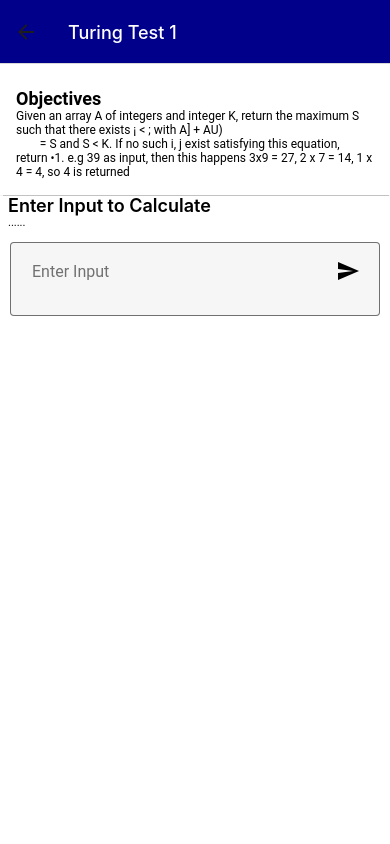
Repository: seyicoded/rn-crazy-algorithm-app
Screen: /TuringTest1
These files come from the project's save history. The screen is drawn as it stood at one moment and after the next save; the edit follows.
The app was drawn by React Native's web renderer in a window 390 px wide. The project was rebuilt for these pictures with package versions that can differ from the ones it lists, and the page was loaded fresh each time. Also part of the build but not shown: src/screens/sort.js, src/screens/filter.js, src/screens/advance.js, src/screens/sorts/Sort_simple_number.js, src/screens/sorts/Sort_alphabet.js, src/screens/filters/Filter_simple_number.js, src/screens/advance/Advance_number.js, src/screens/advance/Multiplier_number.js.

Above is the screen before, as saved 2022-04-01 23:09:47.

### App.js
import 'react-native-gesture-handler';
import { StatusBar } from 'expo-status-bar';
import { StyleSheet, Text, View } from 'react-native';
import Main from './src/main'
export default function App() {
  return (
    <View style={styles.container}>
      <Main />
      <StatusBar style="auto" />
    </View>
  );
}

const styles = StyleSheet.create({
  container: {
    flex: 1,
    backgroundColor: '#fff',
  },
});

### src/main.js
import { View, Text } from 'react-native'
import React from 'react'
import {NavigationContainer} from '@react-navigation/native'
import {createStackNavigator} from '@react-navigation/stack'
import Home from './screens/index'
import Sort from './screens/sort'
import Filter from './screens/filter'
import Advance from './screens/advance'
import Sort_simple_number from './screens/sorts/Sort_simple_number'
import Sort_alphabet from './screens/sorts/Sort_alphabet'
import Filter_simple_number from './screens/filters/Filter_simple_number'
import Advance_number from './screens/advance/Advance_number'
import Multiplier_number from './screens/advance/Multiplier_number'
import TuringTest1 from './screens/advance/TuringTest1'

const StackNav = createStackNavigator()

export default function Main() {
  return (
    <NavigationContainer>
        <StackNav.Navigator>
            <StackNav.Screen name="Home" options={{headerMode: 'none'}} component={Home} />
            <StackNav.Screen name="Filter" options={{headerMode: 'none'}} component={Filter} />
            <StackNav.Screen name="Sort" options={{headerMode: 'none'}} component={Sort} />
            <StackNav.Screen name="Advance" options={{headerMode: 'none'}} component={Advance} />

            {/* sort aspect */}
            <StackNav.Screen name="Sort_simple_number" options={{title: 'Number Sort', headerStyle: {backgroundColor: 'darkblue', color: 'white'}, headerTitleStyle: {color: 'white'}}} component={Sort_simple_number} />
            <StackNav.Screen name="Sort_alphabet" options={{title: 'Alphabet Sort', headerStyle: {backgroundColor: 'darkblue', color: 'white'}, headerTitleStyle: {color: 'white'}}} component={Sort_alphabet} />

            {/* filter aspect */}
            <StackNav.Screen name="Filter_simple_number" options={{title: 'Number Filter', headerStyle: {backgroundColor: 'darkblue', color: 'white'}, headerTitleStyle: {color: 'white'}}} component={Filter_simple_number} />
            <StackNav.Screen name="Advance_number" options={{title: 'Advance Number Section', headerStyle: {backgroundColor: 'darkblue', color: 'white'}, headerTitleStyle: {color: 'white'}}} component={Advance_number} />
            <StackNav.Screen name="Multiplier_number" options={{title: 'Multiplier Number Section', headerStyle: {backgroundColor: 'darkblue', color: 'white'}, headerTitleStyle: {color: 'white'}}} component={Multiplier_number} />
            <StackNav.Screen name="TuringTest1" options={{title: 'Turing Test 1', headerStyle: {backgroundColor: 'darkblue', color: 'white'}, headerTitleStyle: {color: 'white'}}} component={TuringTest1} />
        </StackNav.Navigator>
    </NavigationContainer>
  )
}

### src/screens/index.js
import { View, Text, StyleSheet, FlatList, TouchableOpacity } from 'react-native'
import React, {useState, useEffect, useRef} from 'react'
import Header from '../layout/header'
import { List, Avatar, Card, Title, Paragraph, Button } from 'react-native-paper';

const data = [
    {
        id: 'Sort',
        image: 'https://picsum.photos/700',
        title: 'Sort',
    },
    {
        id: 'Filter',
        image: 'https://picsum.photos/700',
        title: 'Filter',
    },
    {
        id: 'Advance',
        image: 'https://picsum.photos/700',
        title: 'Advance',
    },
]

export default function Index({route, navigation}) {
    const [color, setColor] = useState('darkblue');
    var timer = null;
    var ColorChanger = useRef('darkblue');


    useEffect(()=>{
        timer = setInterval(()=>{
            // console.log('.')
            ColorChanger.current = (ColorChanger.current == 'darkblue') ? 'darkred' : 'darkblue';
            setColor(ColorChanger.current);
        }, 1000);
        return ()=>{
            clearInterval(timer);
        }
    }, [])

    const styles = StyleSheet.create({
        container: {
          flex: 1,
          width: '100%',
          backgroundColor: '#fff',
        },
        header: {
            fontSize: 16,
            textAlign: 'center',
            marginTop: 20,
            marginBottom: 20,
            color: color,
            fontWeight: '700',
        },
        list: {
            width: '100%',
        },
        card: {
            // backgroundColor: 'red',
            margin: 20,
            shadowColor: '#000',
            shadowOffset: { width: 0, height: 2 },
            shadowOpacity: 0.8,
            elevation: 4
        }
    });

    return (
        <View style={styles.container}>
            <Header title="Home" visible={false} navigation={navigation} />
            <Text style={styles.header}>Let's Prep Shall We</Text>

            <FlatList
                data={data}
                style={styles.list}
                renderItem={({ item }) => {
                    return (
                        <TouchableOpacity onPress={() => navigation.navigate(item.id, {title: item.title})}>
                            <Card style={styles.card}>
                                <Card.Cover source={{ uri: item.image }} />
                                {/* <Card.Actions style={{justifyContent: 'center'}}>
                                    <Button onPress={()=>navigation.navigate(item.id)}>{item.title}</Button>

                                </Card.Actions> */}

                                <Card.Content style={{justifyContent: 'center'}}>
                                    <Title style={{textAlign: 'center', marginTop:12, color: 'darkblue'}}>{item.title}</Title>
                                </Card.Content>
                            </Card>
                        </TouchableOpacity>
                    )
                }}
                numColumns={1}
            />

            {/* <Card>
                <Card.Cover source={{ uri: 'https://picsum.photos/700' }} />

                <Card.Content>
                    <Title>Card title</Title>
                </Card.Content>
            </Card> */}

        </View>
    )
}

### src/screens/advance/TuringTest1.js
import { StyleSheet, Text, View, TouchableOpacity, Pressable, Keyboard, ScrollView } from 'react-native'
import React from 'react'
import { Banner, RadioButton, TextInput } from 'react-native-paper';
import {Ionicons} from '@expo/vector-icons'

export default function TuringTest1() {
    const [value, setValue] = React.useState('ascending');
    const [byWhat, setbyWhat] = React.useState('letter');
    const [unsortedVal, setunsortedVal] = React.useState('');
    const [sortedVal, setsortedVal] = React.useState('');
    const [calDone, setcalDone] = React.useState([]);

    // console.log(calDone)

    const calculate = (numbers, counts) => {
        var number = unsortedVal;
        var count = 0;
        var calRecord = [];
        // check if length is one
        // if(number.length <= 1){
        //     setsortedVal(`final number is: ${number}, number of calculation: ${count}`);
        //     return ;
        // }

        // const num_array = (number).toString().split('');
        // var new_num = 1;
        // for (let i = 0; i < num_array.length; i++) {
        //     const element = parseInt(num_array[i]);
        //     new_num *= element;
        // }

        // count++;
        // console.log(new_num)
        do{
            if(number.toString().length <= 1){
                setsortedVal(`final number is: ${number}, number of calculation: ${count}`);
                setcalDone(calRecord);
                return ;
            }

            console.log(number.toString())

            var num_array = (number).toString().split('');
            var calRecordIndexer = num_array.join(' x ');
            var new_num = 1;
            for (let i = 0; i < num_array.length; i++) {
                const element = parseInt(num_array[i]);
                new_num *= element;
            }

            calRecordIndexer = calRecordIndexer + ' = ' + new_num;
            calRecord[count] = calRecordIndexer;
            count++;
            number = new_num;
            if(number.toString().length <= 1){
                setsortedVal(`final number is: ${number}, number of calculation: ${count}`);
                setcalDone(calRecord);
                return ;
            }

        }while((number).toString().length > 1)
        // return calculate(new_num, count);
    }

  return (
      <Pressable onPress={()=>{Keyboard.dismiss()}} style={{flex: 1,}}>
        <ScrollView style={styles.container}>
            <Banner
                visible={true}
                actions={[
                ]}
                >
                    <View>
                        <Text style={{fontWeight: '600', fontSize: 18}}>Objectives</Text>
                        <Text />
                        <Text style={{fontSize: 12}}>
                            {`Given an array A of integers and integer K, return the maximum S such that there exists ¡ < ; with A] + AU)
        = S and S < K. If no such i, j exist satisfying this equation, return •1.`}
                            <Text> e.g 39 as input, then this happens 3x9 = 27, 2 x 7 = 14, 1 x 4 = 4, so 4 is returned </Text>
                        </Text>
                    </View>
            </Banner>

            <Text />

            <Text style={styles.title_element}>Enter Input to Calculate</Text>
            <Text style={{fontSize: 10, marginLeft: 8}}>......</Text>

            <TextInput
                label='Enter Input'
                mode='outlined'
                style={styles.input}
                value={unsortedVal}
                multiline={true}
                keyboardType='numeric'
                right={<TextInput.Icon forceTextInputFocus={false} onPress={()=>calculate(unsortedVal, 0)} style={{zIndex: 999}} name="send" />}
                onChangeText={text => setunsortedVal(text)}
            />

            <Text />

            {
                sortedVal.length > 0 ?
                <View>
                    <Text style={[styles.title_element, {marginTop: 14}]}>Solved Output</Text>
                    <Text style={styles.sorted_output}>
                        {sortedVal}
                    </Text>

                    <Text/>
                    <Text style={{marginLeft: 10}}>Belows are the calculation done:</Text>
                    <View style={{alignItems: 'center',}}>
                        {
                            calDone.map((item, index) => {
                                return <Text style={{fontSize: 23, marginTop: 3}}>{item}</Text>
                            })
                        }
                    </View>

                </View>
                :<></>
            }
        </ScrollView>
    </Pressable>
  )
}

const styles = StyleSheet.create({
    container: {
        flex: 1,
        backgroundColor: '#fff',
    },
    title_element: {
        fontWeight: '600',
        fontSize: 18,
        paddingLeft: 8
    },
    radio: {
        flexDirection: 'row',
        justifyContent: 'space-between',
        alignItems: 'center',
        marginHorizontal: 10,
        backgroundColor: 'rgba(0, 0, 0, 0.05)',
        paddingHorizontal: 8,
    },
    input: {
        marginHorizontal: 10,
        marginVertical: 8,
        // backgroundColor: 'rgba(0, 0, 0, 0.05)',
        paddingHorizontal: 8,
        zIndex: 99
    },
    sorted_output: {
        margin: 20,
        backgroundColor: 'rgba(0, 0, 0, 0.05)',
        padding: 10,
        fontSize: 18,
    }
})

### src/layout/header.js
import { View, Text } from 'react-native'
import React, {useState, useEffect} from 'react'
import { Appbar } from 'react-native-paper';

export default function Header({title, visible, navigation}) {
    // const [visible, setVisible] = useState(false);

    if(visible){
        return (
            <Appbar.Header style={{backgroundColor: 'darkblue'}}>
                {
                    (visible) ?
                    <Appbar.BackAction onPress={()=>navigation.goBack()} />
                    :<></>
                }
                <Appbar.Content title={title} />
            </Appbar.Header>
          )
    }else{
        return (
            <Appbar.Header style={{backgroundColor: 'darkblue'}}>
                <Appbar.Content title={title} />
            </Appbar.Header>
          )
    }

}

After the next save:
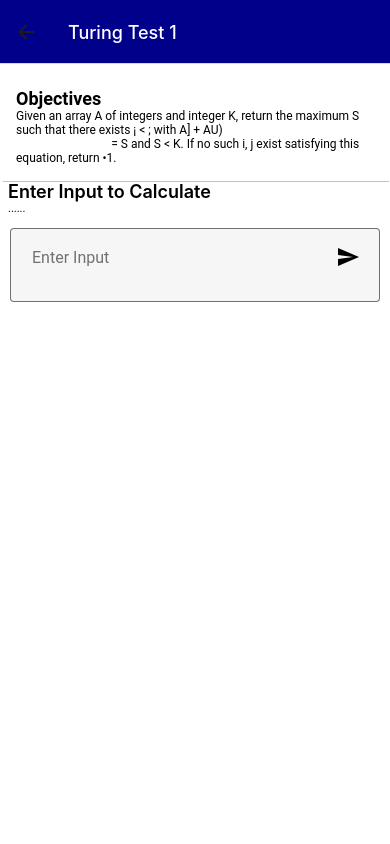
Saved 10 s later.
--- a/src/screens/advance/TuringTest1.js
+++ b/src/screens/advance/TuringTest1.js
@@ -75,8 +75,7 @@ export default function TuringTest1() {
                         <Text />
                         <Text style={{fontSize: 12}}>
                             {`Given an array A of integers and integer K, return the maximum S such that there exists ¡ < ; with A] + AU)
-        = S and S < K. If no such i, j exist satisfying this equation, return •1.`}
-                            <Text> e.g 39 as input, then this happens 3x9 = 27, 2 x 7 = 14, 1 x 4 = 4, so 4 is returned </Text>
+                                = S and S < K. If no such i, j exist satisfying this equation, return •1.`}
                         </Text>
                     </View>
             </Banner>
